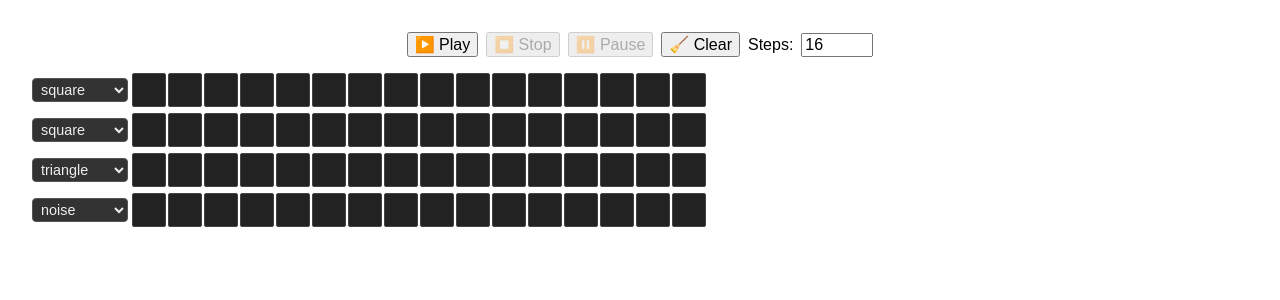
Repository: Aldentec/8-bit-Composer
Page: index.html
An editor plug-in stored every save of this project. The page is shown before and after the next save, followed by the edit.
The browser window is 1280 px wide. The pictures show the whole page.
Some web libraries are served in a nearby version.

Above is the page before, as saved 2025-05-28 09:02:50.

After the next save:
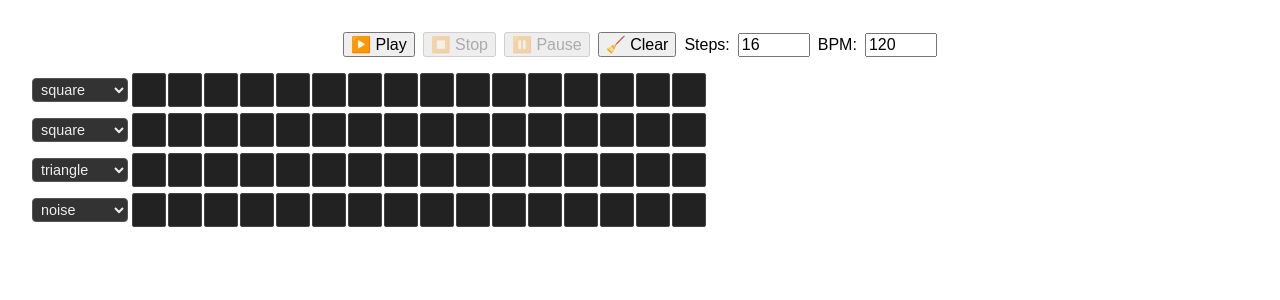
Saved 97 s later.
--- a/index.html
+++ b/index.html
@@ -14,6 +14,9 @@
 
         <label for="steps-input">Steps:</label>
         <input id="steps-input" type="number" min="1" value="16" style="width:4rem;">
+
+        <label for="bpm-input">BPM:</label>
+        <input id="bpm-input" type="number" min="1" max="300" value="120" style="width:4rem;">
     </div>
 
 
